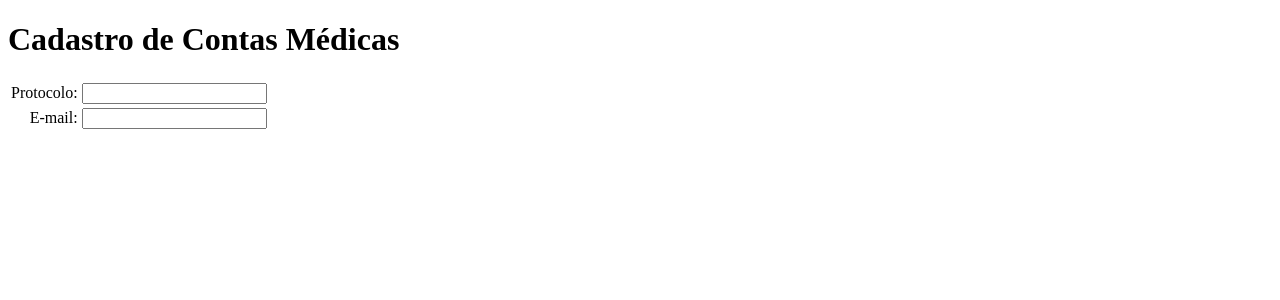
Repository: nandolupe/fiap-pos
Page: http://localhost/contamedica/resultadoAnalise.jsp
These files come from the project's save history. The page is drawn as it stood at one moment and after the next save; the edit follows.
The browser window is 1280 px wide. The pictures show the whole page.
The page is served by Tomcat 9.

Above is the page before, as saved 2014-09-04 03:35:44.

After the next save:
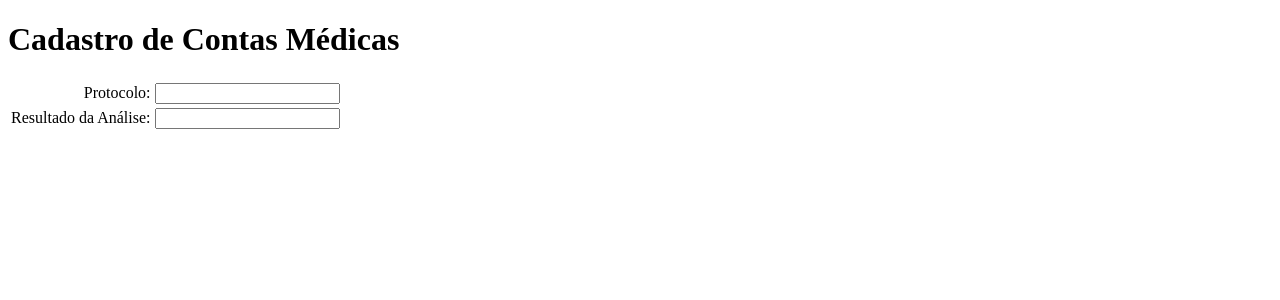
Saved 9 s later.
--- a/workspace-integracao/contamedica/WebContent/resultadoAnalise.jsp
+++ b/workspace-integracao/contamedica/WebContent/resultadoAnalise.jsp
@@ -15,7 +15,7 @@
 		<td><input type="text" name="dscPrestador" id="dscPrestador"/></td>
 	</tr>
 	<tr>
-		<td align="right">E-mail:</td>
+		<td align="right">Resultado da Análise:</td>
 		<td><input type="text" name="emailPrestador" id="emailPrestador"/></td>
 	</tr>
 </table>
